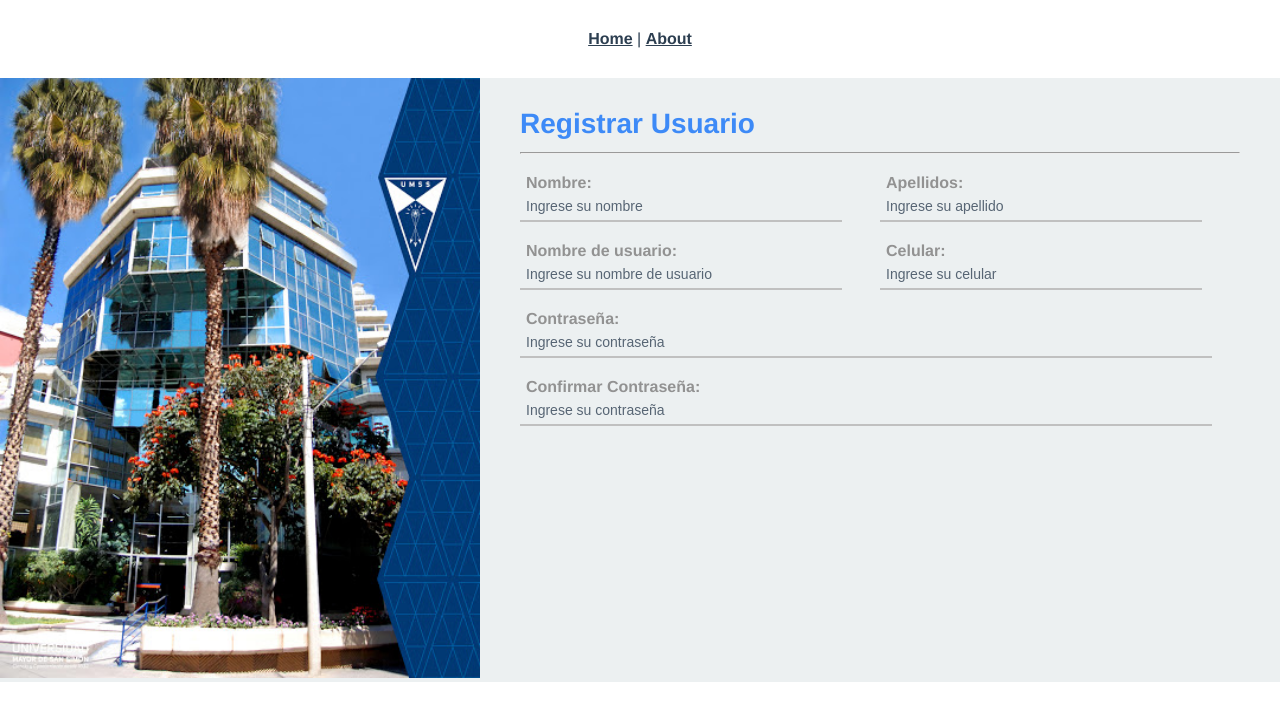
Repository: BritanyTorrico/front-cotizaciones
Page: /register
The author's editor kept a copy of each file at every save. The page is drawn from the files as they stood at one save, then again after a run of saves.
The browser window is 1280 px wide. The pictures show the whole page.
The project was rebuilt for these pictures with package versions that can differ from the ones it lists, and the page was loaded fresh each time. Also part of the build but not shown: vue.config.js, src/components/HelloWorld.vue, src/views/Home.vue.

Above is the page before, as saved 2021-04-21 19:33:34.

After the next 2 saves:
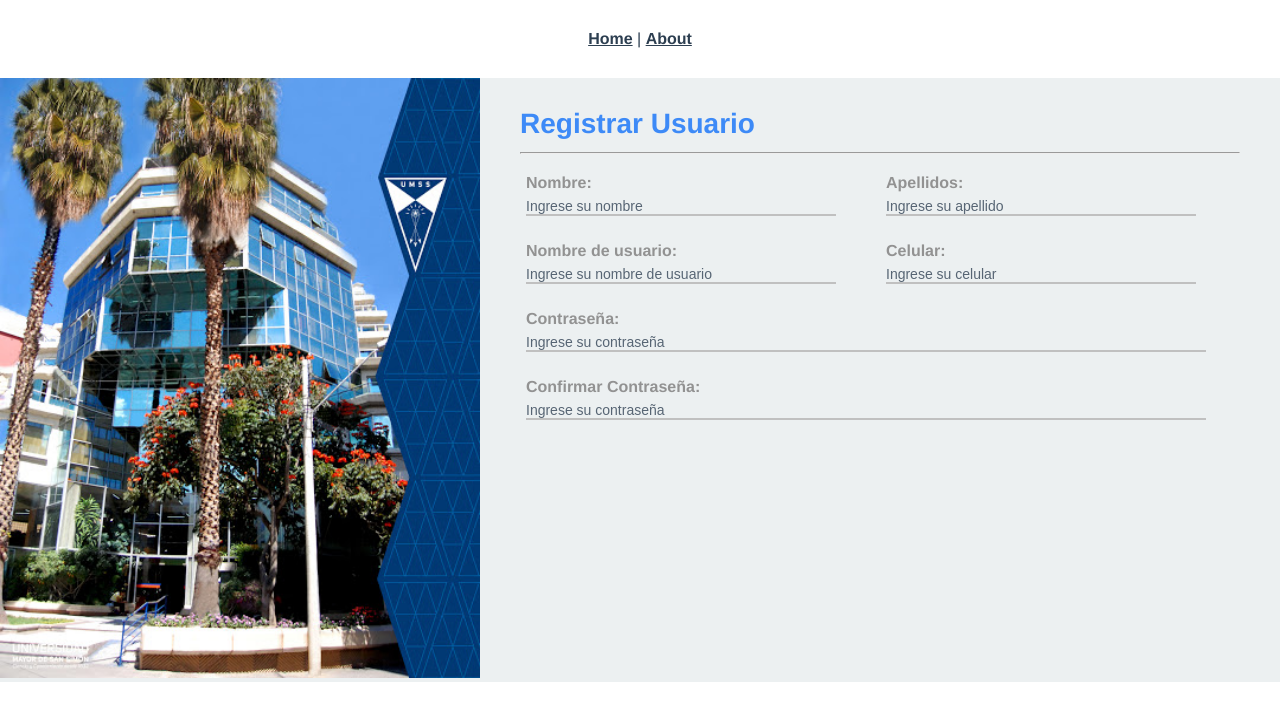
The 2 saves are shown as one change because they came seconds apart.
The last was saved 7 s later.
--- a/src/components/User/RegisterUser.vue
+++ b/src/components/User/RegisterUser.vue
@@ -118,8 +118,8 @@
 }
 .form__input {
   width: 100%;
-  padding: 6px;
-  margin-top: 6px 6px;
+
+  margin: 6px 6px;
   border: none;
   border-bottom: 2px solid var(--color-line);
   background-color: transparent;
